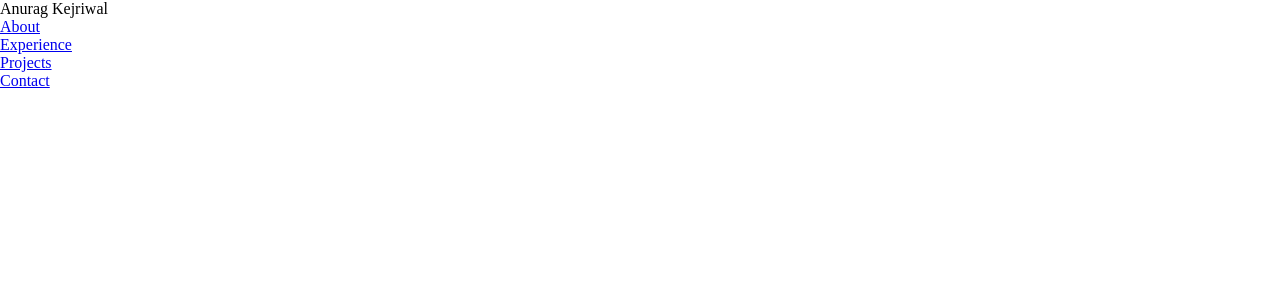
Repository: anuragkej/OldPortfolio
Page: index.html
An editor plug-in stored every save of this project. The page is shown before and after the next save, followed by the edit.
The browser window is 1280 px wide. The pictures show the whole page.

Above is the page before, as saved 2024-05-25 20:06:45.

### index.html
<!DOCTYPE html>
<html lang="en">
<head>
    <meta charset="UTF-8">
    <meta name="viewport" content="width=device-width, initial-scale=1.0">
    <title>Personal Portfolio</title>
    <link rel="stylesheet" href="style.css">
    <link rel="stylesheet" href="mediaqueries.css">
</head>
<body>
    <nav id="desktop-nav">
        <div class="logo">Anurag Kejriwal</div>
        <div>
            <ul class="nav-links">
                <li><a href="#about">About</a></li>
                <li><a href="#experience">Experience</a></li>
                <li><a href="#projects">Projects</a></li>
                <li><a href="#contact">Contact</a></li>
            </ul>
        </div>
    </nav>
    <script src="script.js"></script>

</body>
</html>

### style.css
/* General */

*{
    margin: 0;
    padding: 0;
}

Loaded but not shown: mediaqueries.css (no copy from this time; the picture is the same without it); script.js (no copy from this time; the picture is the same without it)

After the next save:
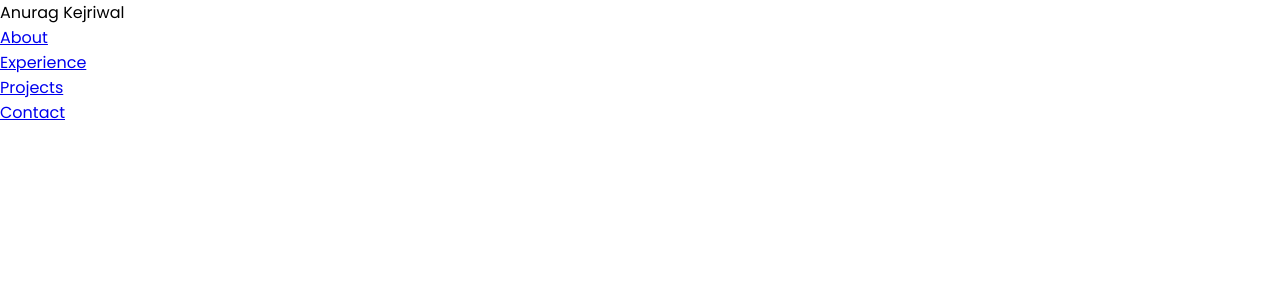
Saved 7 min 24 s later.
--- a/style.css
+++ b/style.css
@@ -1,6 +1,11 @@
 /* General */
 
+@import url('https://fonts.googleapis.com/css2?family=Poppins:wght@300;400;500;600&display=swap');
 *{
     margin: 0;
     padding: 0;
 }
+
+body{
+    font-family: "Poppins", sans-serif;
+}
